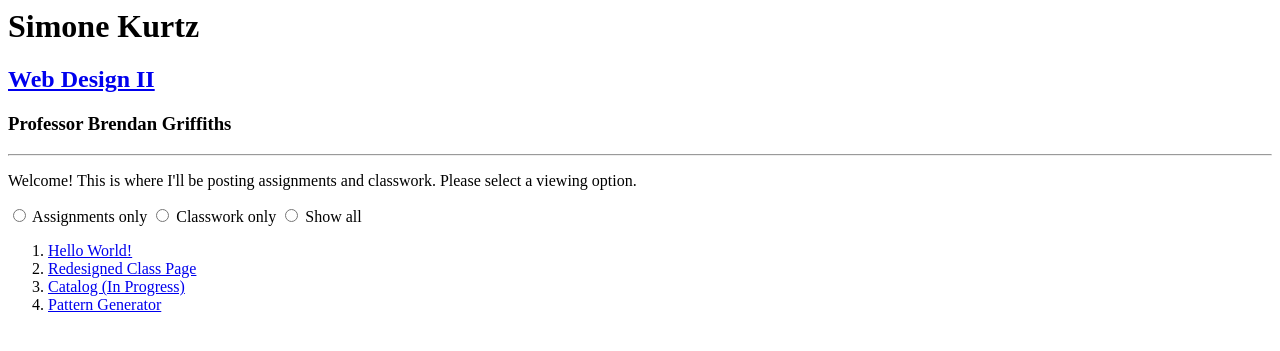
Repository: simonekurtz/simonekurtz.github.io
Page: index.html
The author's editor kept a record of every edit. The page is drawn from the files as they stood at one moment, then again after the next edit.
The browser window is 1280 px wide. The pictures show the whole page.

Above is the page before.

After the next edit:
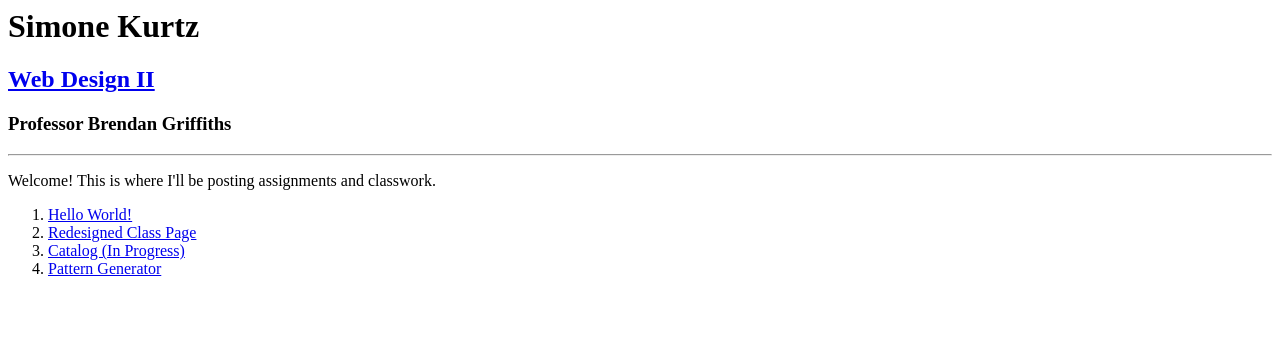
The edit:
--- a/index.html
+++ b/index.html
@@ -7,11 +7,7 @@
         <h2><a href="http://web2.ga">Web Design II</a></h2>
         <h3>Professor Brendan Griffiths</h3>
         <hr>
-        <p>Welcome! This is where I'll be posting assignments and classwork. Please select a viewing option.</p>
-        <input type="radio" name="Assignments"> Assignments only
-        <input type="radio" name="Class"> Classwork only
-        <input type="radio" name="All"> Show all
-        <br>
+        <p>Welcome! This is where I'll be posting assignments and classwork.</p>
         <ol>
             <li><a href="1ASGN_HelloWorld/HelloWorld.html">Hello World!</a></li>
             <li><a href="2ASGN_ClassPage/ClassPage.html">Redesigned Class Page</a></li>
